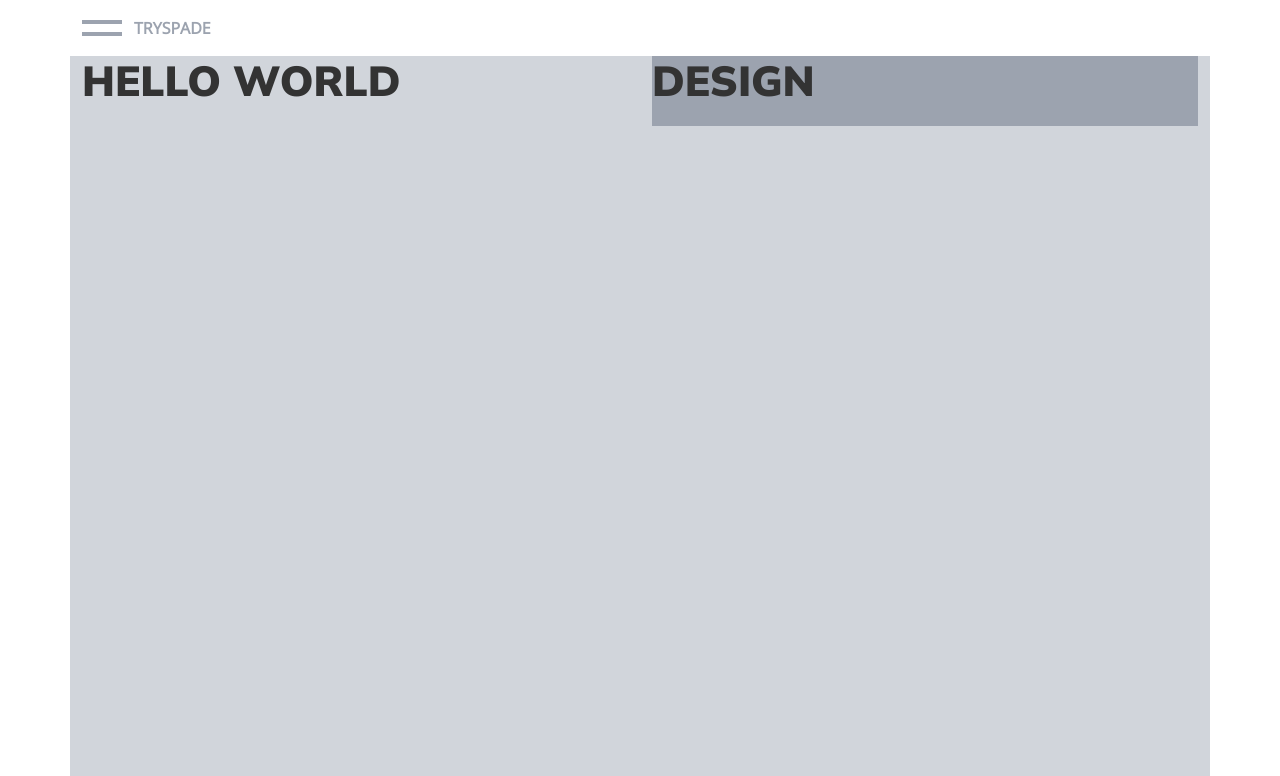
Repository: latenightsnacc/super-octo-fortnight
Page: new.html
The author's editor kept a copy of each file at every save. The page is drawn from the files as they stood at one save, then again after the next save.
The browser window is 1280 px wide. The pictures show the whole page.
Some web libraries are served in a nearby version. The style sheet was rebuilt from its Sass, Less or Tailwind sources for each picture, by a compiler version that may differ from the author's.

Above is the page before, as saved 2021-03-01 11:52:42.

After the next save:
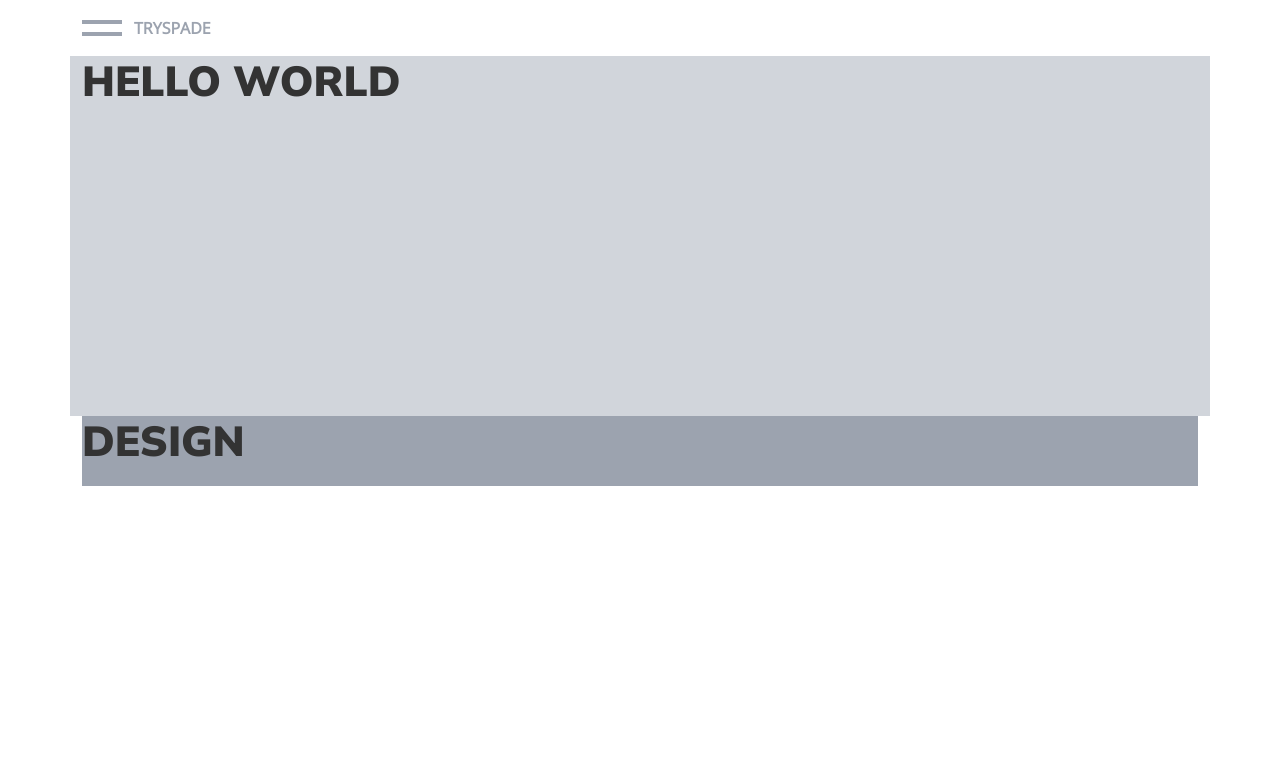
Saved 32 s later.
--- a/new.html
+++ b/new.html
@@ -38,11 +38,9 @@
                 <div class="col bg-gray-300">
                     <h1>HELLO WORLD</h1>
                 </div>
-                <div class="col bg-gray-300">
-                    <div class="flex flex-col">
-                        <div class="bg-gray-400">
-                            <h1>DESIGN</h1>
-                        </div>
+                <div class="flex flex-col">
+                    <div class="bg-gray-400">
+                        <h1>DESIGN</h1>
                     </div>
                 </div>
             </div>
